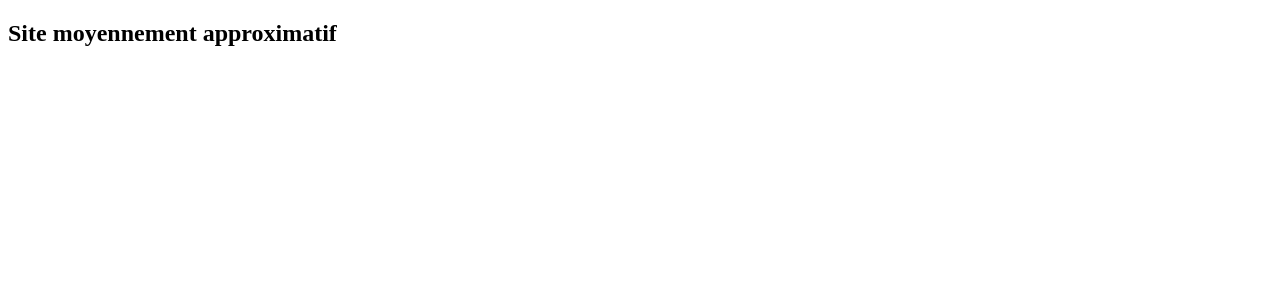
Repository: clementdelbos/testhtml
Page: hello/WebContent/index.html
An editor plug-in stored every save of this project. The page is shown before and after the next save, followed by the edit.
The browser window is 1280 px wide. The pictures show the whole page.

Above is the page before, as saved 2020-01-13 13:24:05.

After the next save:
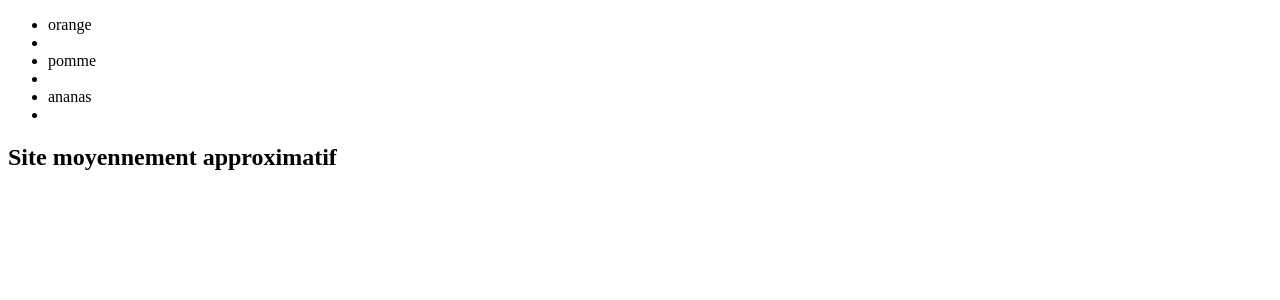
Saved 7 min 42 s later.
--- a/hello/WebContent/index.html
+++ b/hello/WebContent/index.html
@@ -5,6 +5,12 @@
 <title>projet moyenne</title>
 </head>
 <body>
+<ul>
+	<li>orange<li>
+	<li>pomme<li>
+	<li>ananas<li>
+
+</ul>
 <h2>Site moyennement approximatif</h2>
 </body>
 </html>
